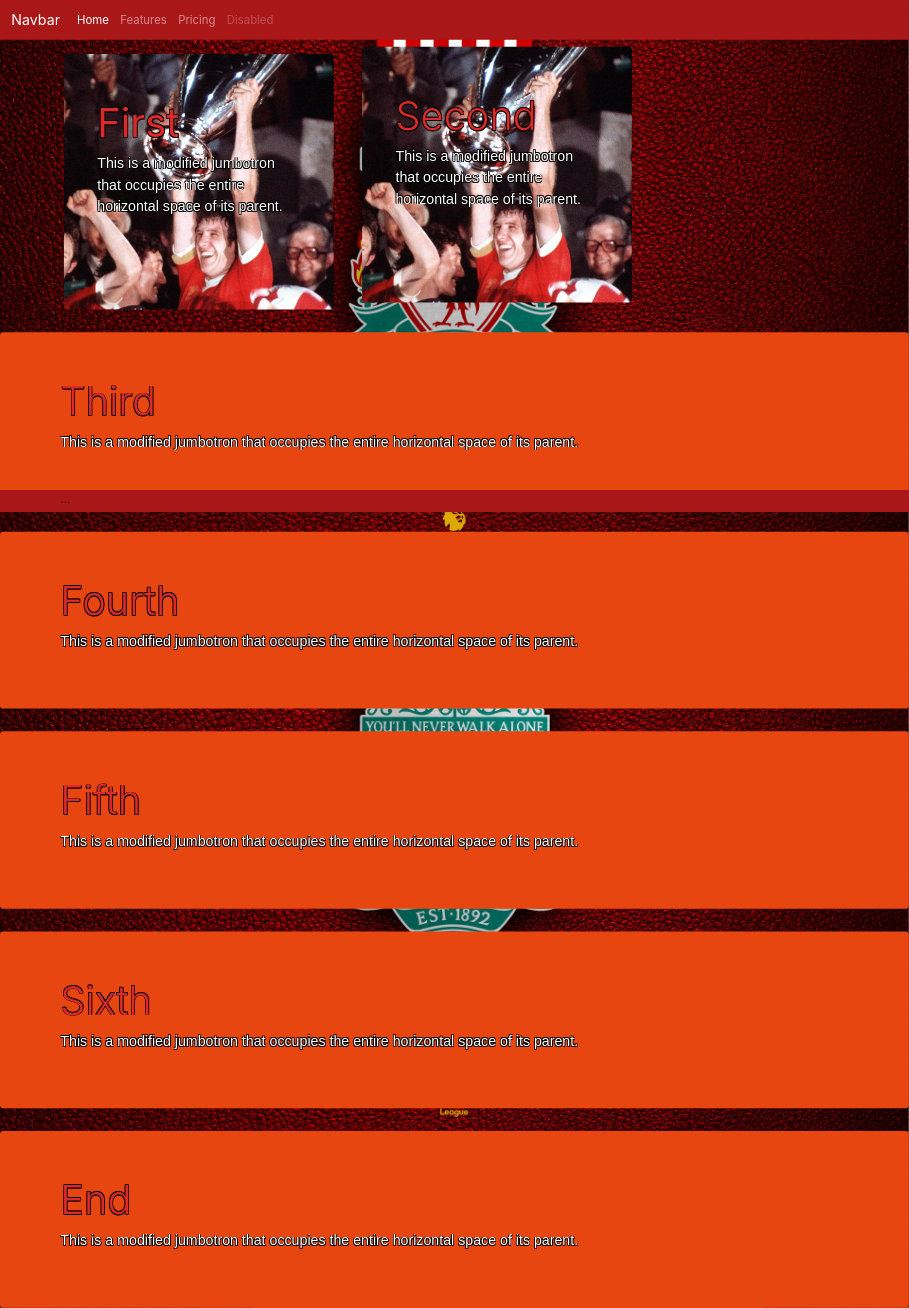
Repository: DalyAD/allez-2
Page: page1.html
The author's editor kept a record of every edit. The page is drawn from the files as they stood at one moment, then again after the next edit.
The browser window is 1280 px wide. The pictures show the whole page, at 71% of full size.
Backgrounds fixed to the window are drawn as part of the page.

Above is the page before.

### page1.html
<!DOCTYPE html>
<html lang="en">

<head>
    <meta charset="UTF-8">
    <meta name="viewport" content="width=device-width, initial-scale=1.0">
    <meta http-equiv="X-UA-Compatible" content="ie=edge">
    <link rel="stylesheet" href="assets/css/style.css" type="text/css" />
    <link rel="stylesheet" href="https://stackpath.bootstrapcdn.com/font-awesome/4.7.0/css/font-awesome.min.css" type="text/css" />
    <link rel="stylesheet" href="https://stackpath.bootstrapcdn.com/bootstrap/4.4.1/css/bootstrap.min.css" type="text/css" />
    <title>Document</title>
</head>

<body>
    <header>
        <nav class="navbar navbar-expand-lg navbar-dark">
            <a class="navbar-brand" href="index.html">Navbar</a>
            <button class="navbar-toggler" type="button" data-toggle="collapse" data-target="#navbarNavAltMarkup" aria-controls="navbarNavAltMarkup" aria-expanded="false" aria-label="Toggle navigation">
                <span class="navbar-toggler-icon"></span>
            </button>
            <div class="collapse navbar-collapse" id="navbarNavAltMarkup">
                <div class="navbar-nav">
                    <a class="nav-item nav-link active" href="#">Home <span class="sr-only">(current)</span></a>
                    <a class="nav-item nav-link" href="#">Features</a>
                    <a class="nav-item nav-link" href="#">Pricing</a>
                    <a class="nav-item nav-link disabled" href="#">Disabled</a>
                </div>
            </div>
        </nav>
    </header>
    <section>
        <div class="container">
            <div class="row">
                <div class="jumbotron first col-sm-12 col-lg-4">
                    <div class="container">
                        <h1 class="display-4"><strong>First</strong></h1>
                        <p class="lead">This is a modified jumbotron that occupies the entire horizontal space of its parent.</p>
                    </div>
                </div>
                <div class="jumbotron second col-sm-12 col-lg-4">
                    <div class="container">
                        <h1 class="display-4">Second</h1>
                        <p class="lead">This is a modified jumbotron that occupies the entire horizontal space of its parent.</p>
                    </div>
                </div>
            </div>
        </div>
        </div>
        <div class="jumbotron third">
            <div class="container">
                <h1 class="display-4">Third</h1>
                <p class="lead">This is a modified jumbotron that occupies the entire horizontal space of its parent.</p>
            </div>
        </div>
        <div class="jumbotron fourth">
            <div class="container">
                <h1 class="display-4">Fourth</h1>
                <p class="lead">This is a modified jumbotron that occupies the entire horizontal space of its parent.</p>
            </div>
        </div>
        <div class="jumbotron fifth">
            <div class="container">
                <h1 class="display-4">Fifth</h1>
                <p class="lead">This is a modified jumbotron that occupies the entire horizontal space of its parent.</p>
            </div>
        </div>
        <div class="jumbotron sixth">
            <div class="container">
                <h1 class="display-4">Sixth</h1>
                <p class="lead">This is a modified jumbotron that occupies the entire horizontal space of its parent.</p>
            </div>
        </div>
        <div class="jumbotron end">
            <div class="container">
                <h1 class="display-4">End</h1>
                <p class="lead">This is a modified jumbotron that occupies the entire horizontal space of its parent.</p>
            </div>
        </div>
    </section>
    <footer class="footer ">
        <div class="container">
            ...
        </div>
    </footer>
    <script src="https://code.jquery.com/jquery-3.4.1.slim.min.js" integrity="sha384-J6qa4849blE2+poT4WnyKhv5vZF5SrPo0iEjwBvKU7imGFAV0wwj1yYfoRSJoZ+n" crossorigin="anonymous"></script>
    <script src="https://cdn.jsdelivr.net/npm/popper.js@1.16.0/dist/umd/popper.min.js" integrity="sha384-Q6E9RHvbIyZFJoft+2mJbHaEWldlvI9IOYy5n3zV9zzTtmI3UksdQRVvoxMfooAo" crossorigin="anonymous"></script>
    <script src="https://stackpath.bootstrapcdn.com/bootstrap/4.4.1/js/bootstrap.min.js" integrity="sha384-wfSDF2E50Y2D1uUdj0O3uMBJnjuUD4Ih7YwaYd1iqfktj0Uod8GCExl3Og8ifwB6" crossorigin="anonymous"></script>
</body>

</html>

### assets/css/style.css
/*Global*/

.footer {
  position: fixed;
  bottom: 0;
  width: 100%;
  height: 30px;
  background-color: #aa1718;
  z-index: 1;
}

/*page 1 styling*/

.welcome {
  background-color: #e84610 !important;
}

.jumbotron {
  background-color: #e84610 !important;
}

.lead {
  font-family: Arial;
  color: #fff;
  font-size: 20px !important;
  text-shadow: -1px -1px 0 #000,
  1px -1px 0 #000,
  -1px 1px 0 #000,
  1px 1px 0 #000;
}

.jumbotron {}

.navbar {
  background-color: #aa1718;
}

.bg-custom {
  color: #fff !important;
}

.navbar-light a {
  color: #fff !important;
}


.first {
  background-attachment: scroll;
  background-image: url(../images/1977.jpeg);
  background-position: bottom;
  background-size: cover;
  height: 50vh;
  margin-bottom: 0px;
  z-index: 1;
}


.second {
  background-attachment: scroll;
  background-image: url(../images/1977.jpeg);
  background-position: bottom;
  background-size: cover;
  height: 50vh;
  margin-bottom: 0px;
  z-index: 1;
}

body {
  background-attachment: fixed;
  background-image: url(../images/crest2.jpg);
  background-position: center;
  background-repeat: no-repeat;
  background-size: cover;
  height: 100vh;
  width: 100vw;
  margin-bottom: 0px;
  z-index: 1;
}

.display-4 {
  color: #dd2a28;
  text-shadow: -1px -1px 0 #000,
  1px -1px 0 #000,
  -1px 1px 0 #000,
  1px 1px 0 #000;
}

@media (min-width:992px) {
  .first {
    margin: 20px 20px 20px 20px;
    width: 45vw;
  }
}

@media (min-width:992px) {
  .second {
    margin: 20px;
    margin-top: 10px;
    width: 45vw;
  }
}

body {
  padding: 0;
  margin: 0;
}

After the next edit:
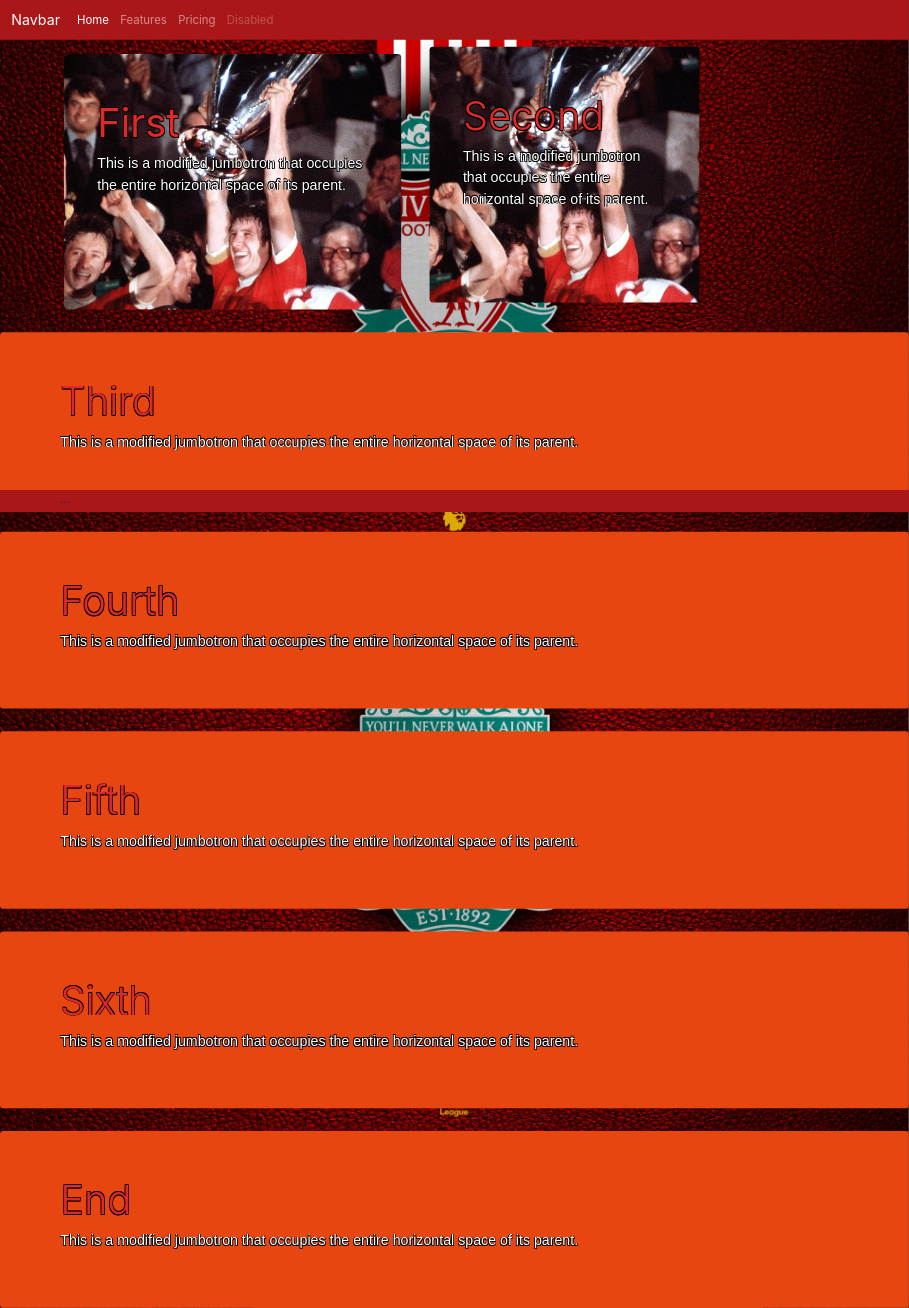
The edit:
--- a/page1.html
+++ b/page1.html
@@ -31,7 +31,7 @@
     <section>
         <div class="container">
             <div class="row">
-                <div class="jumbotron first col-sm-12 col-lg-4">
+                <div class="jumbotron first col-sm-12 col-lg-5">
                     <div class="container">
                         <h1 class="display-4"><strong>First</strong></h1>
                         <p class="lead">This is a modified jumbotron that occupies the entire horizontal space of its parent.</p>
